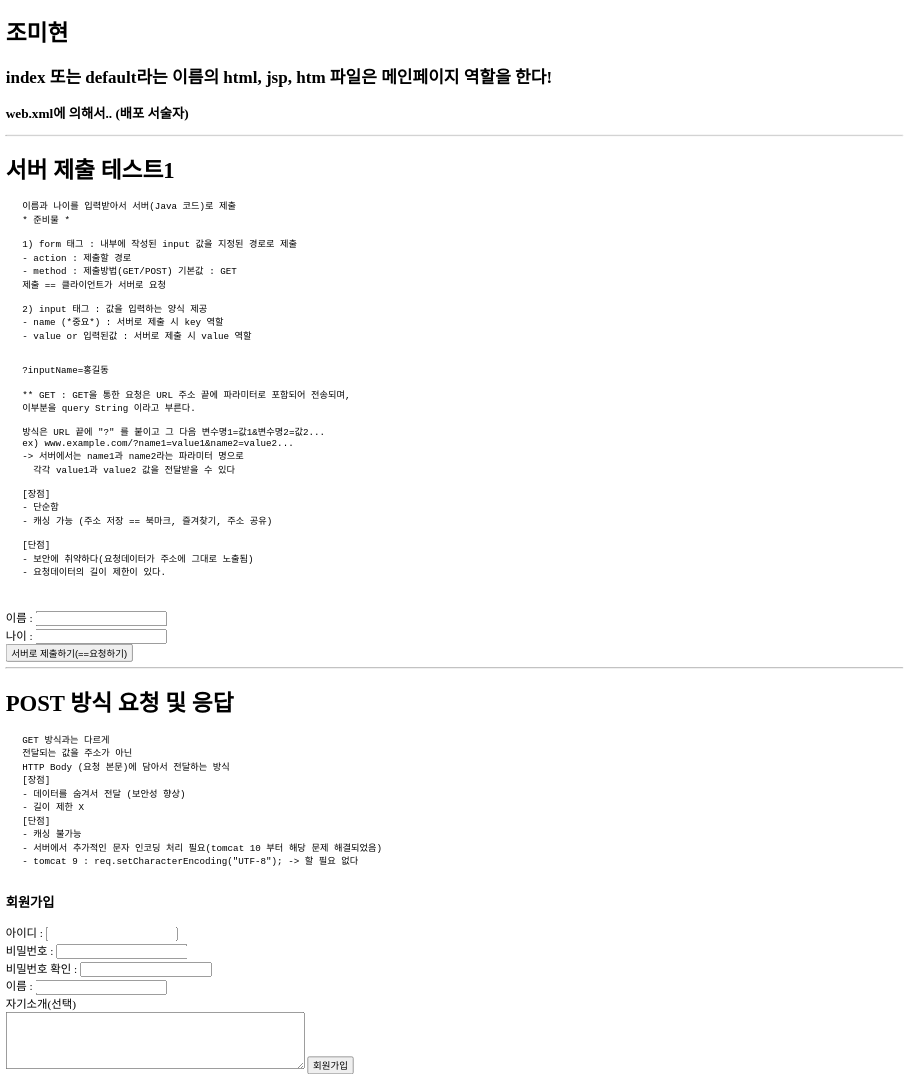
Repository: ghddbsrl1234/05_Server
Page: ServletProject/src/main/webapp/index.html
An editor plug-in stored every save of this project. The page is shown before and after the next save, followed by the edit.
The browser window is 1280 px wide. The pictures show the whole page, at 71% of full size.

Above is the page before, as saved 2025-11-17 05:12:46.

After the next save:
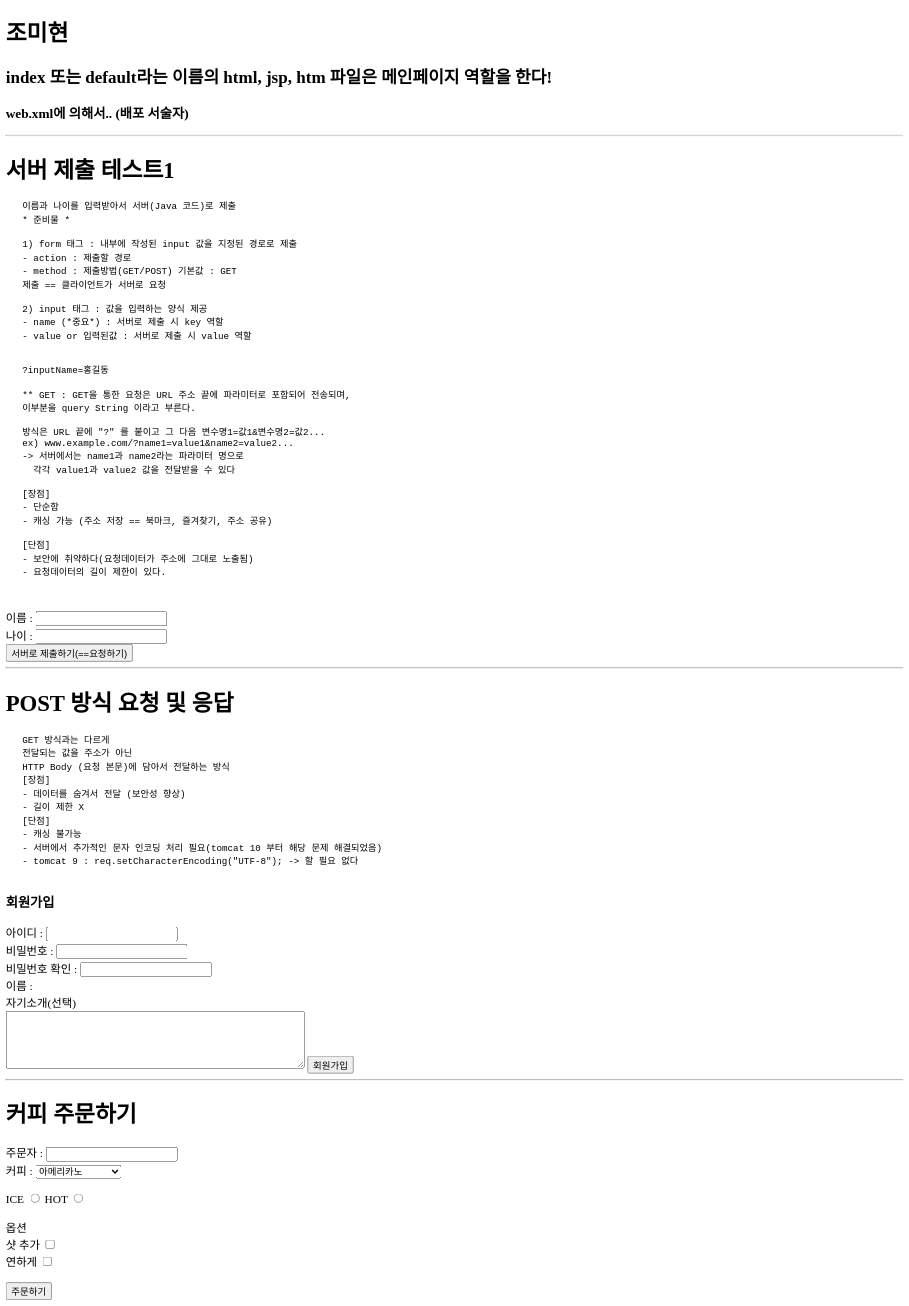
Saved 3 min 9 s later.
--- a/ServletProject/src/main/webapp/index.html
+++ b/ServletProject/src/main/webapp/index.html
@@ -67,13 +67,50 @@
    - 서버에서 추가적인 문자 인코딩 처리 필요(tomcat 10 부터 해당 문제 해결되었음)
    - tomcat 9 : req.setCharacterEncoding("UTF-8"); -> 할 필요 없다
  </pre>
+
 	<h3>회원가입</h3>
+
 	<form action="/signUp" method="post">
-		아이디 : <input type="text" name="inputId" required> <br>
-		비밀번호 : <input type="password" name="inputPw" required> <br>
-		비밀번호 확인 : <input type="password"> <br> 이름 : <input
-			name="inputName" required> <br> 자기소개(선택) <br>
-		<textarea name="intro" cols="50" rows="5"></textarea>
-		<button>회원가입</button>
+	아이디 : <input type="text" name="inputId" required> <br>
+	비밀번호 : <input type="password" name="inputPw" required> <br>
+	비밀번호 확인 : <input type="password"> <br>
+	이름 : <inputname="inputName" required>
+	<br> 자기소개(선택) <br>
+	<textarea name="intro" cols="50" rows="5"></textarea>
+
+	<button>회원가입</button>
+	</form>
+
+	<hr>
+
+	<h1>커피 주문하기</h1>
+
+	<form action="/coffee" method="get">
+		주문자 : <input name="orderer"> <br>
+		 커피 :
+		<select name="coffee">
+			<option>아메리카노</option>
+			<option>카페라떼</option>
+			<option>카푸치노</option>
+			<option>콜드브루</option>
+			<option>민트초코칩프라페</option>
+		</select>
+
+		<br><br>
+
+		ICE <input type="radio" name="type" value="ice">
+		HOT <input type="radio" name="type" value="hot">
+
+		<br><br>
+
+		옵션<br>
+		샷 추가 <input type="checkbox" name="opt" value="shot">
+		<br>
+		연하게 <input type="checkbox" name="opt" value="mild">
+
+		<br><br>
+		<button>주문하기</button>
+	</form>
+
 </body>
 </html>
